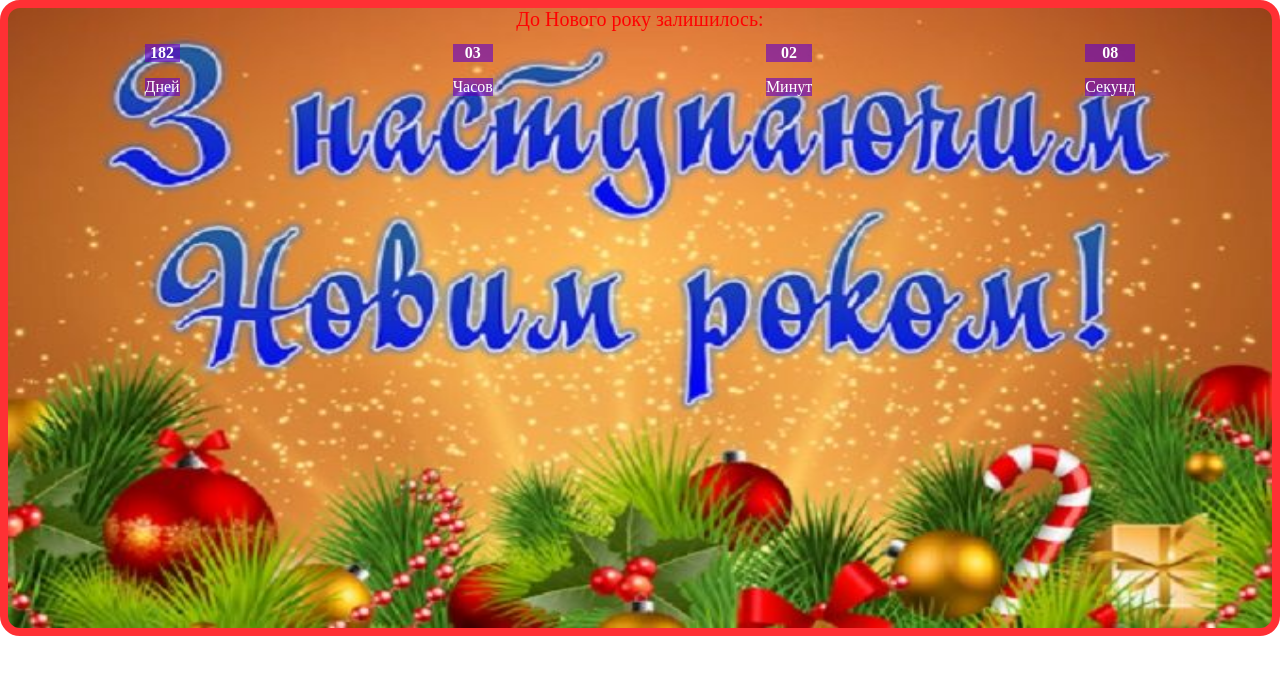
Repository: KonstantinKhamilov/JavaScript11-new-year
Page: index.html
An editor plug-in stored every save of this project. The page is shown before and after the next save, followed by the edit.
The browser window is 1280 px wide. The pictures show the whole page.

Above is the page before, as saved 2024-12-29 19:22:03.

After the next save:
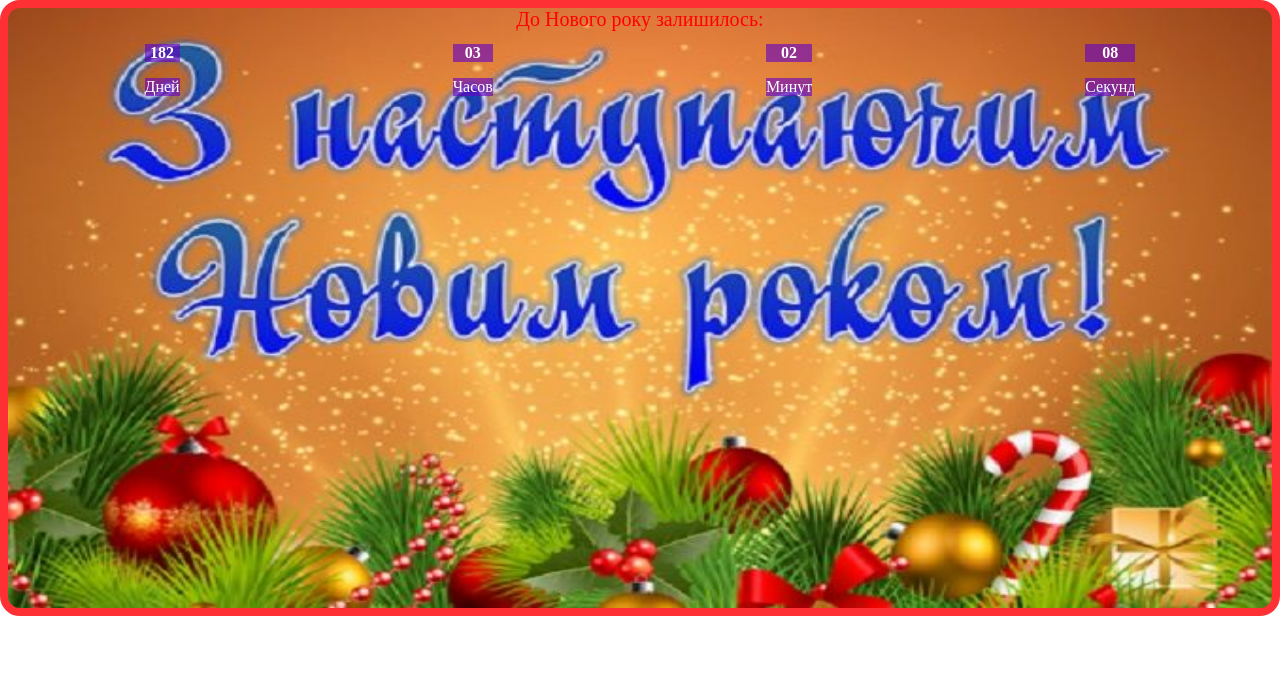
Saved 20 s later.
--- a/newYear.css
+++ b/newYear.css
@@ -13,7 +13,7 @@ body {
     border: solid 8px;
     border-radius: 20px;
     border-color: rgb(255, 48, 52);
-    height: 620px;
+    height: 600px;
   }
 
   ol {
